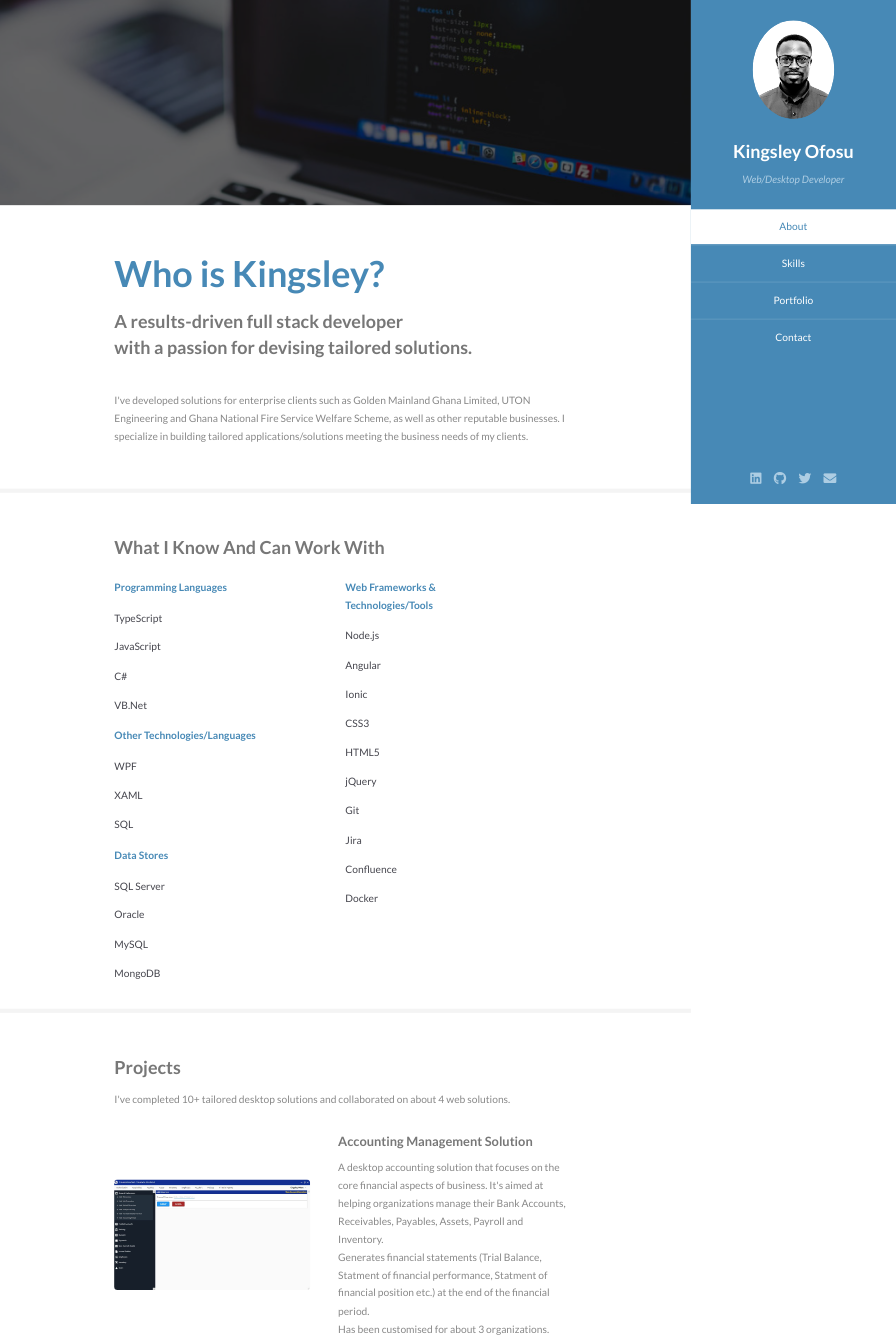
Repository: KOfosu/kingsleyofosu
Page: index.html
An editor plug-in stored every save of this project. The page is shown before and after the next save, followed by the edit.
The browser window is 1280 px wide. The pictures show the part of the page from y = 0 to 1920 px (the page is 2947 px tall), at 70% of full size.

Above is the page before, as saved 2020-09-14 22:13:00.

After the next save:
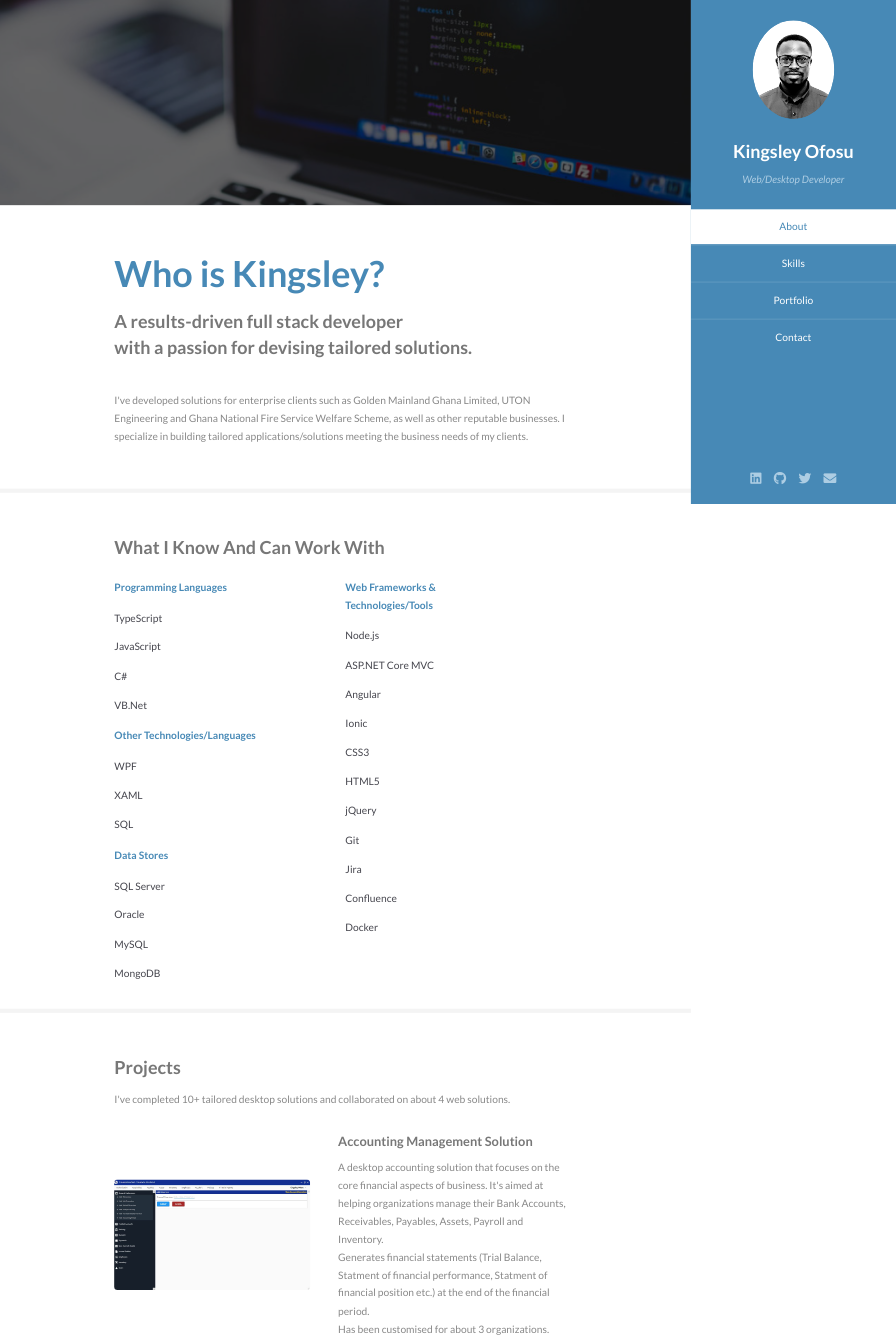
Saved 11 min 36 s later.
--- a/index.html
+++ b/index.html
@@ -134,6 +134,9 @@
 
 								<tr>
 									<td>Node.js</td>
+								</tr>
+								<tr>
+									<td>ASP.NET Core MVC</td>
 								</tr>
 								<tr>
 									<td>Angular</td>
